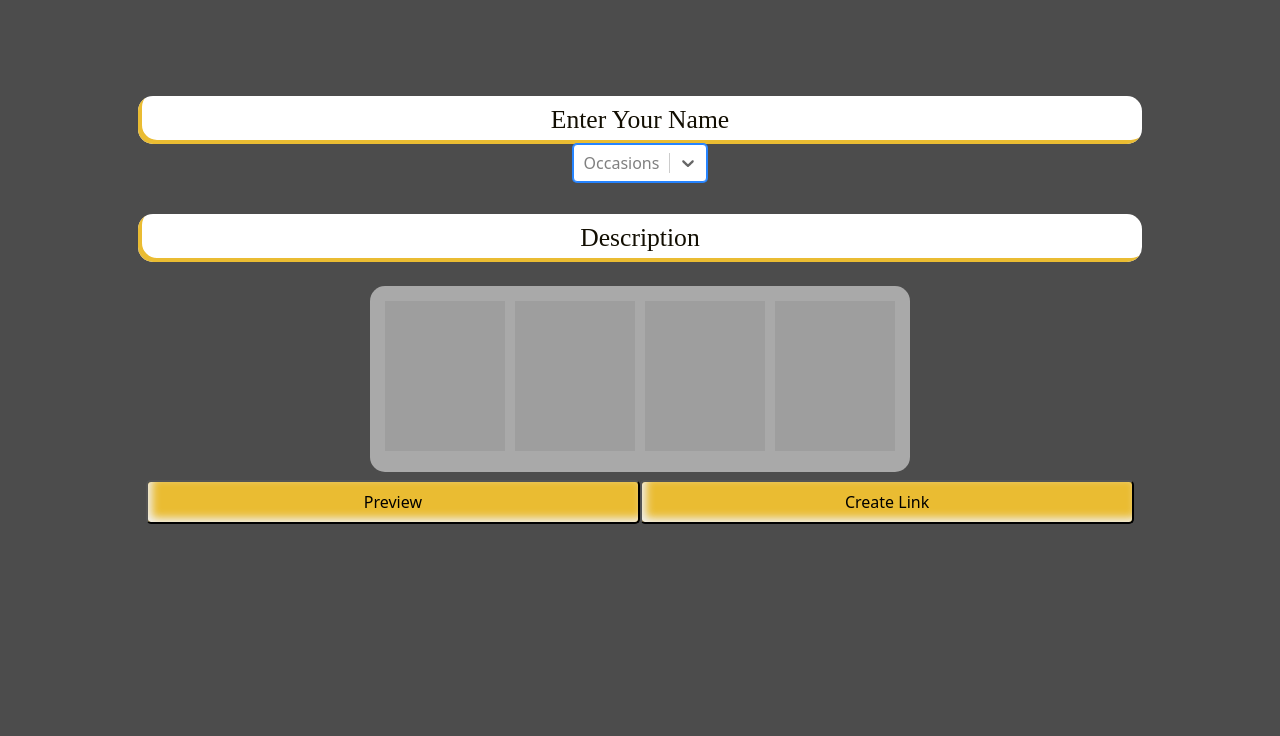
Repository: Haneef-Shaik/Greetings
Page: /
The author's editor kept a copy of each file at every save. The page is drawn from the files as they stood at one save, then again after the next save.
The browser window is 1280 px wide. The pictures show the whole page.
Pictures or frames that could not be fetched are drawn as grey boxes. The project was rebuilt for these pictures with package versions that can differ from the ones it lists, and the page was loaded fresh each time. The framework's server and built-in components were replaced by stand-ins that run in the browser. Also part of the build but not shown: next.config.js, styles/card.module.scss, components/card.js, styles/socialShare.module.scss, components/socialShare.js.

Above is the page before, as saved 2021-12-04 21:09:36.

After the next save:
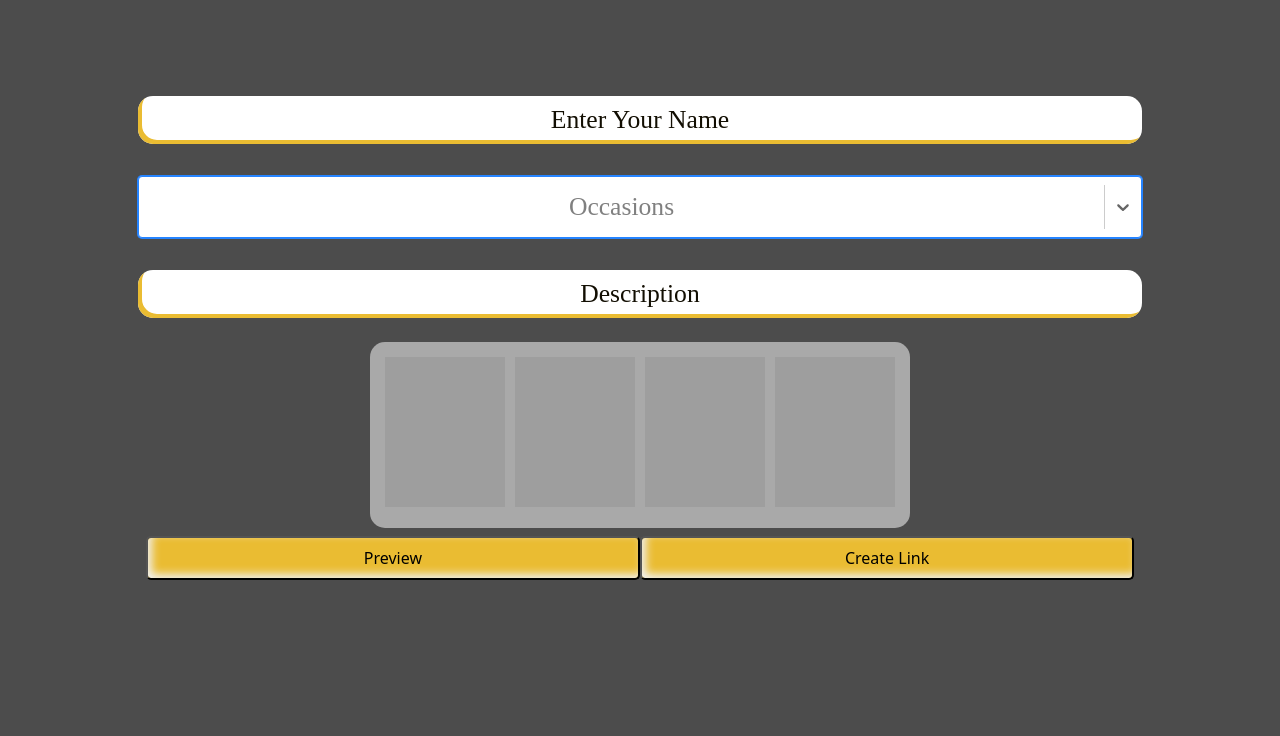
Saved 30 s later.
--- a/components/inpForm.jsx
+++ b/components/inpForm.jsx
@@ -73,7 +73,7 @@ function Edit() {
                                 <SELECT
                                     options={Festivals}
                                     onChange= { setFestivalName }
-                                    className="myInp"
+                                    className={styles.myInp}
                                     placeholder="Occasions"
                                     autoFocus
                                     isSearchable
